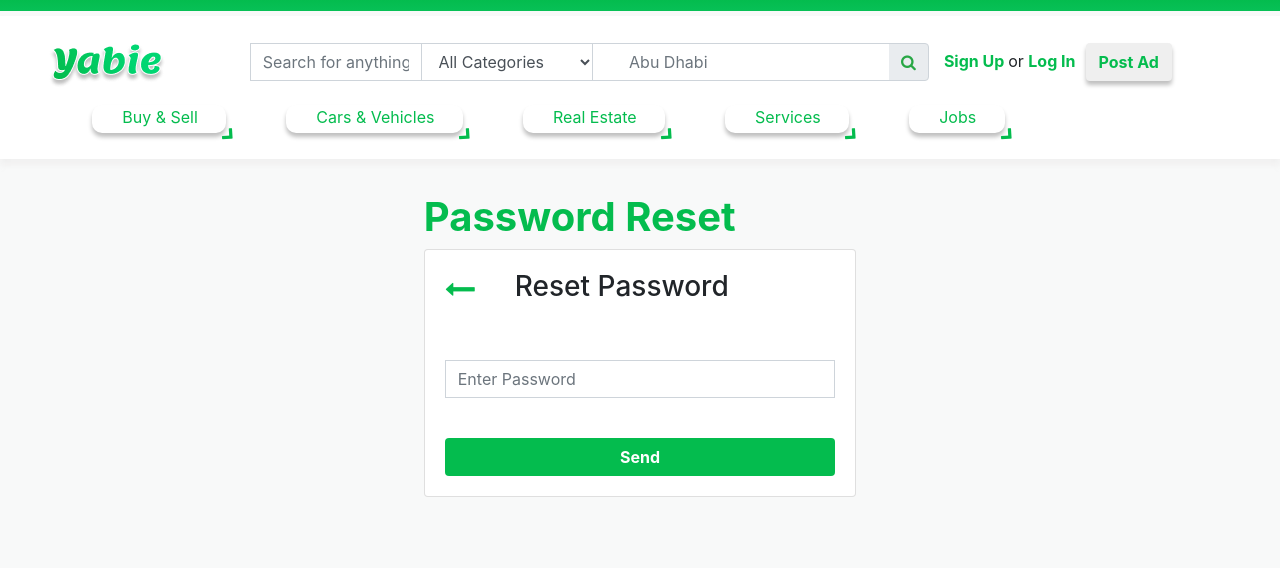
Repository: muazzamkha95/yabie
Page: password-reset.html
These files come from the project's save history. The page is drawn as it stood at one moment and after a run of saves; the edit follows.
The browser window is 1280 px wide. The pictures show the whole page.

Above is the page before, as saved 2020-07-09 16:12:04.
Console error: TypeError: Cannot read properties of undefined (reading 'fn')

After the next 3 saves:
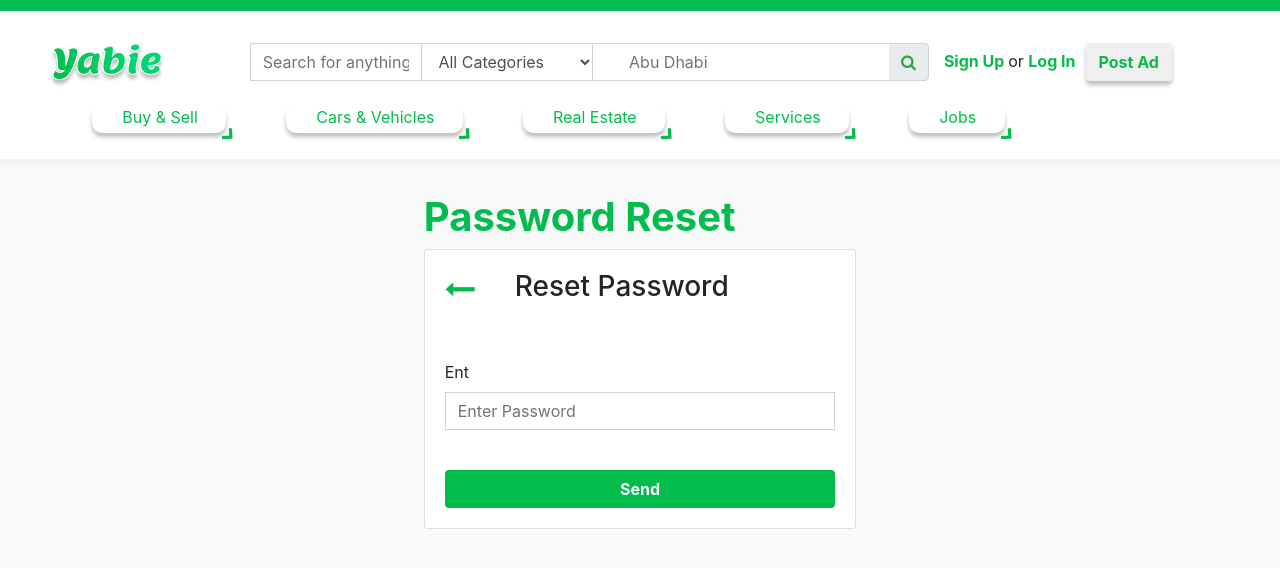
The 3 saves are shown as one change because they came seconds apart.
The last was saved 12 s later.
--- a/password-reset.html
+++ b/password-reset.html
@@ -82,7 +82,7 @@
                                         <br/>
                                         <br/>
                                         <div class="form-group">
-
+                                            <label for="pwd">Ent</label>
                                           <input type="password" class="form-control" id="pwd" placeholder="Enter Password" name="pwd">
                                         </div>
                                         <br/>
